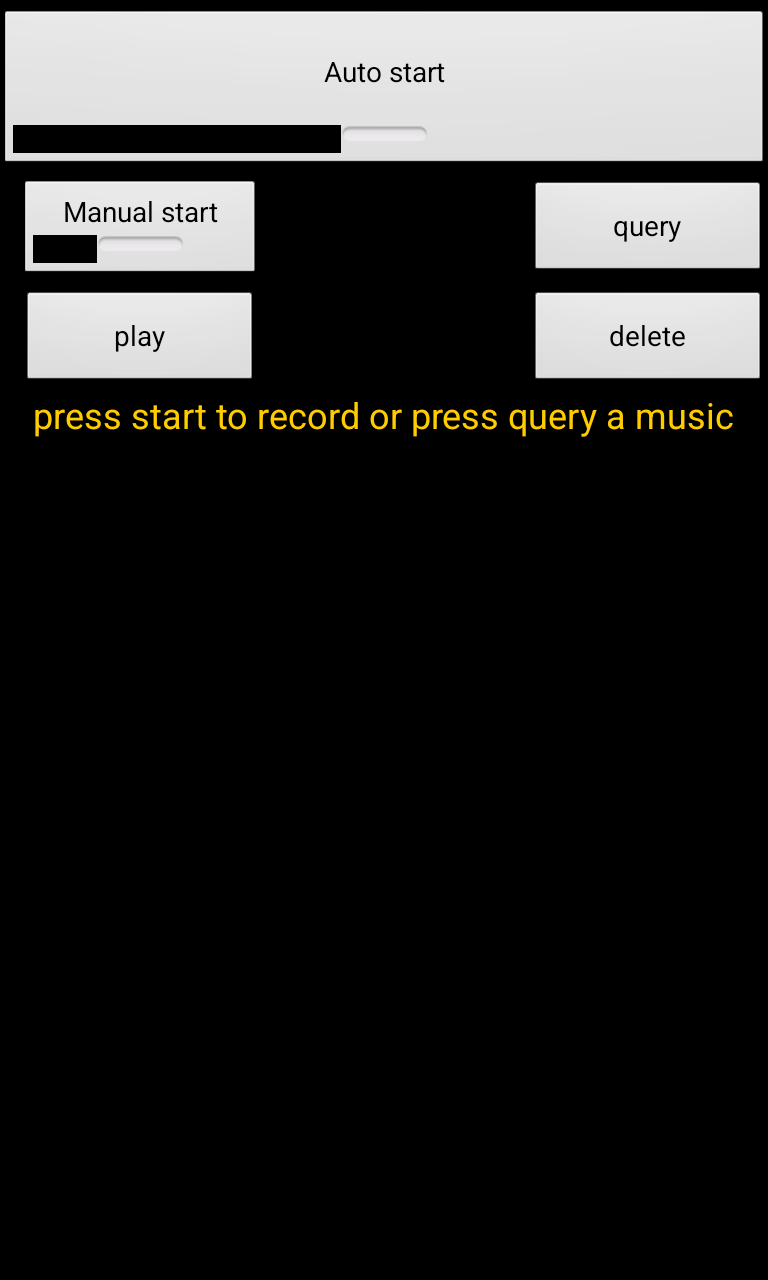
Repository: FreyrChen/tucan_Linux_practice
Layout: 4_Android_program/MusicIdentify/res/layout/activity_main.xml
These files come from the project's save history. The layout is drawn as it stood at one moment and after the next save; the edit follows.
It is drawn on a 768 x 1280 px phone screen (xhdpi) without system bars, with theme AppTheme; the app's code is not run. Lists and similar views that code fills are empty.

Above is the layout before, as saved 2013-06-09 08:41:54.

After the next save:
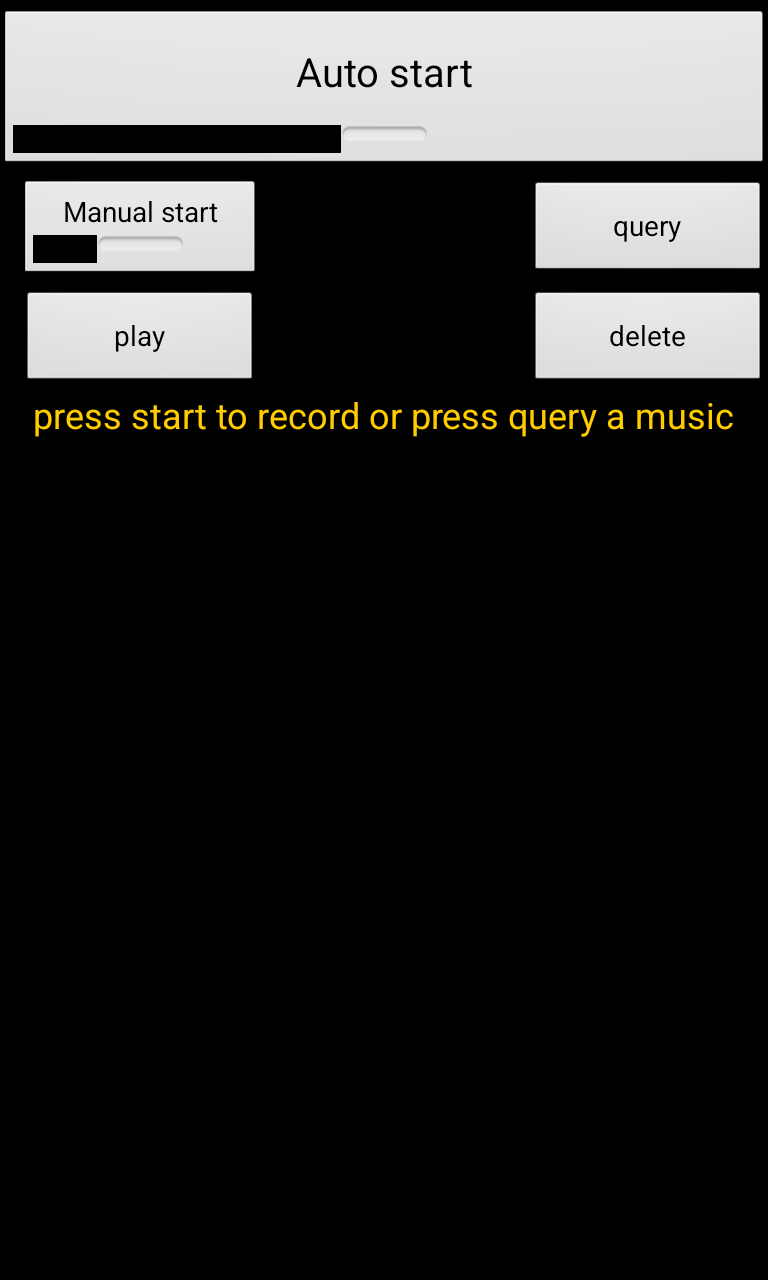
Saved 91 s later.
--- a/4_Android_program/MusicIdentify/res/layout/activity_main.xml
+++ b/4_Android_program/MusicIdentify/res/layout/activity_main.xml
@@ -9,6 +9,7 @@
 		android:id="@+id/auto_record_button"
 		android:textOn="@string/stop"
 		android:textOff="@string/auto_start"
+		android:textSize="20dp"
 	 	android:layout_width="match_parent"
 	 	android:layout_height="80dp"
 	    android:layout_marginTop="5dp"
